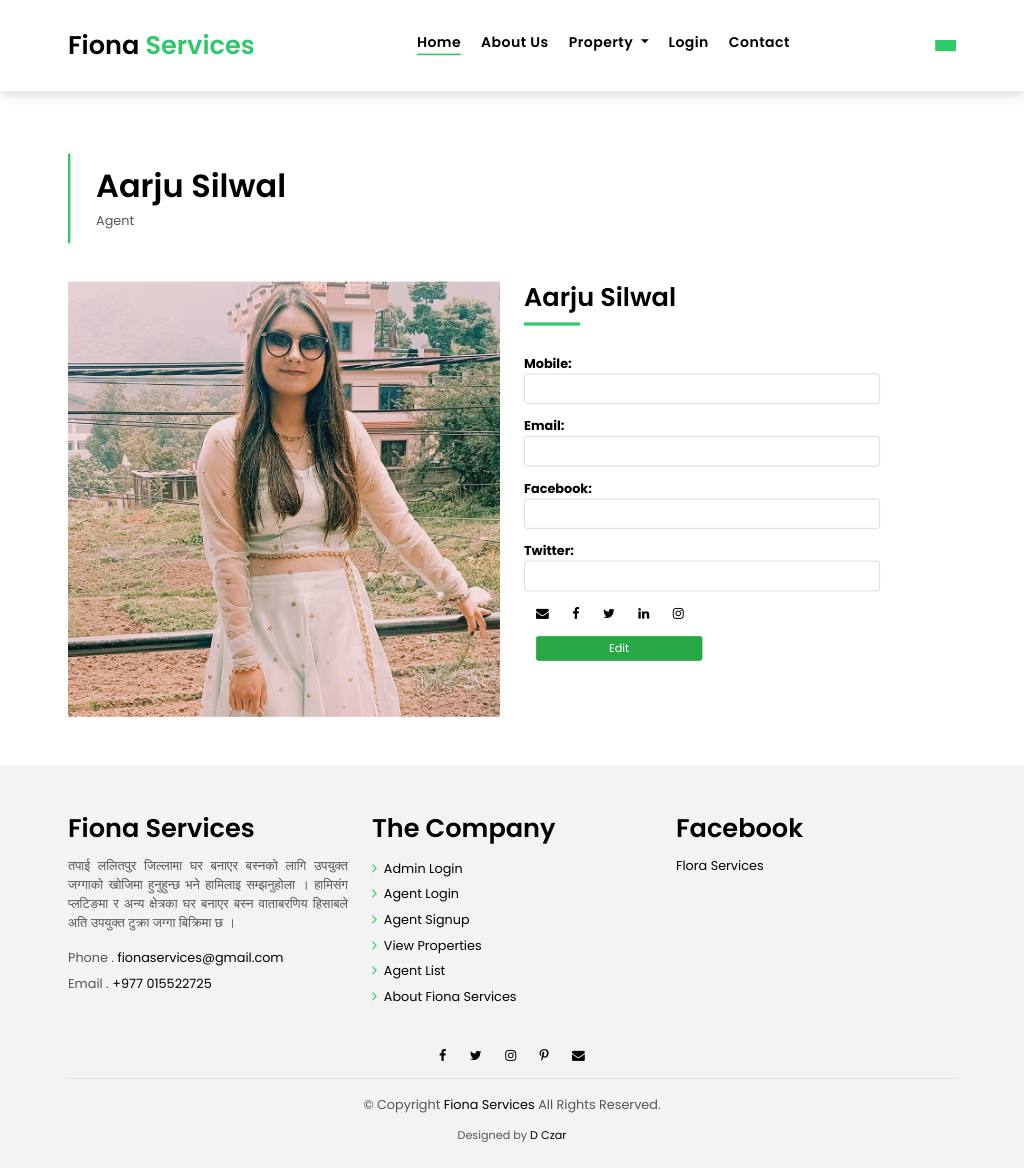
Repository: Sjuicyy/realstate
Page: profile.html
These files come from the project's save history. The page is drawn as it stood at one moment and after the next save; the edit follows.
The browser window is 1280 px wide. The pictures show the whole page, at 80% of full size.

Above is the page before, as saved 2022-10-16 14:59:49.

After the next save:
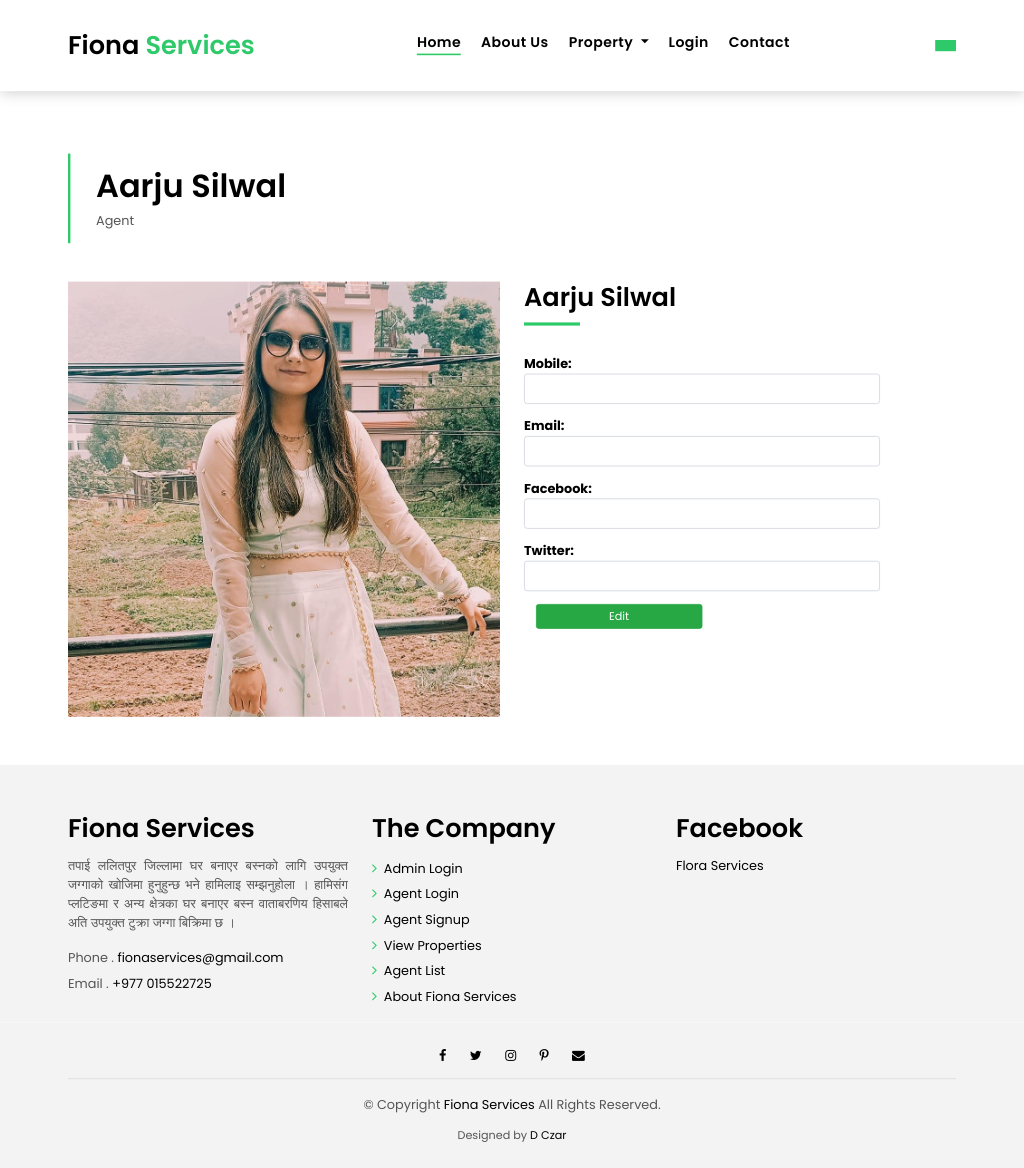
Saved 2 min 30 s later.
--- a/profile.html
+++ b/profile.html
@@ -233,38 +233,7 @@
                                             <input class=" form form-control" type="text">                                        </p>
                                     </div>
                                 </div>
-                                <div class="col-md-12">
-
-                                    <div class="socials-a">
-                                        <ul class="list-inline">
-                                            <li class="list-inline-item">
-                                                <a href="#">
-                                                    <i class="fa fa-envelope" aria-hidden="true"></i>
-                                                </a>
-                                            </li>
-                                            <li class="list-inline-item">
-                                                <a href="#">
-                                                    <i class="fa fa-facebook" aria-hidden="true"></i>
-                                                </a>
-                                            </li>
-                                            <li class="list-inline-item">
-                                                <a href="#">
-                                                    <i class="fa fa-twitter" aria-hidden="true"></i>
-                                                </a>
-                                            </li>
-                                            <li class="list-inline-item">
-                                                <a href="#">
-                                                    <i class="fa fa-linkedin" aria-hidden="true"></i>
-                                                </a>
-                                            </li>
-                                            <li class="list-inline-item">
-                                                <a href="#">
-                                                    <i class="fa fa-instagram" aria-hidden="true"></i>
-                                                </a>
-                                            </li>
-                                        </ul>
-                                    </div>
-                                </div>
+
                                 <div class="col-md-12">
                                     <a href="./Add-Property.html">
                                         <div class="btn btn-sm btn-success w-50">Edit</div>
